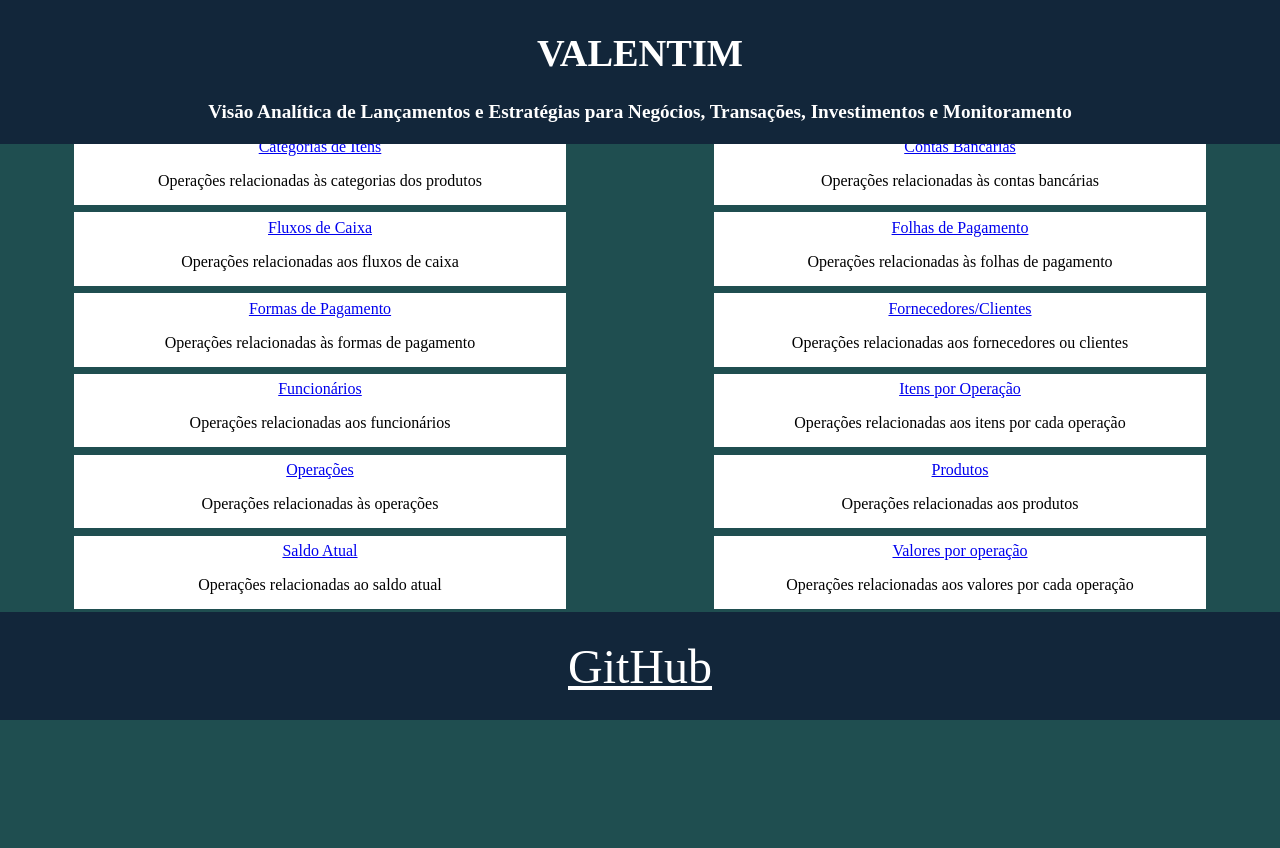
Repository: Matheus-Lacerda009/ERP-Financeiro
Page: Front/menu/menu.html
An editor plug-in stored every save of this project. The page is shown before and after the next save, followed by the edit.
The browser window is 1280 px wide. The pictures show the whole page.

Above is the page before, as saved 2026-07-13 19:04:30.

After the next save:
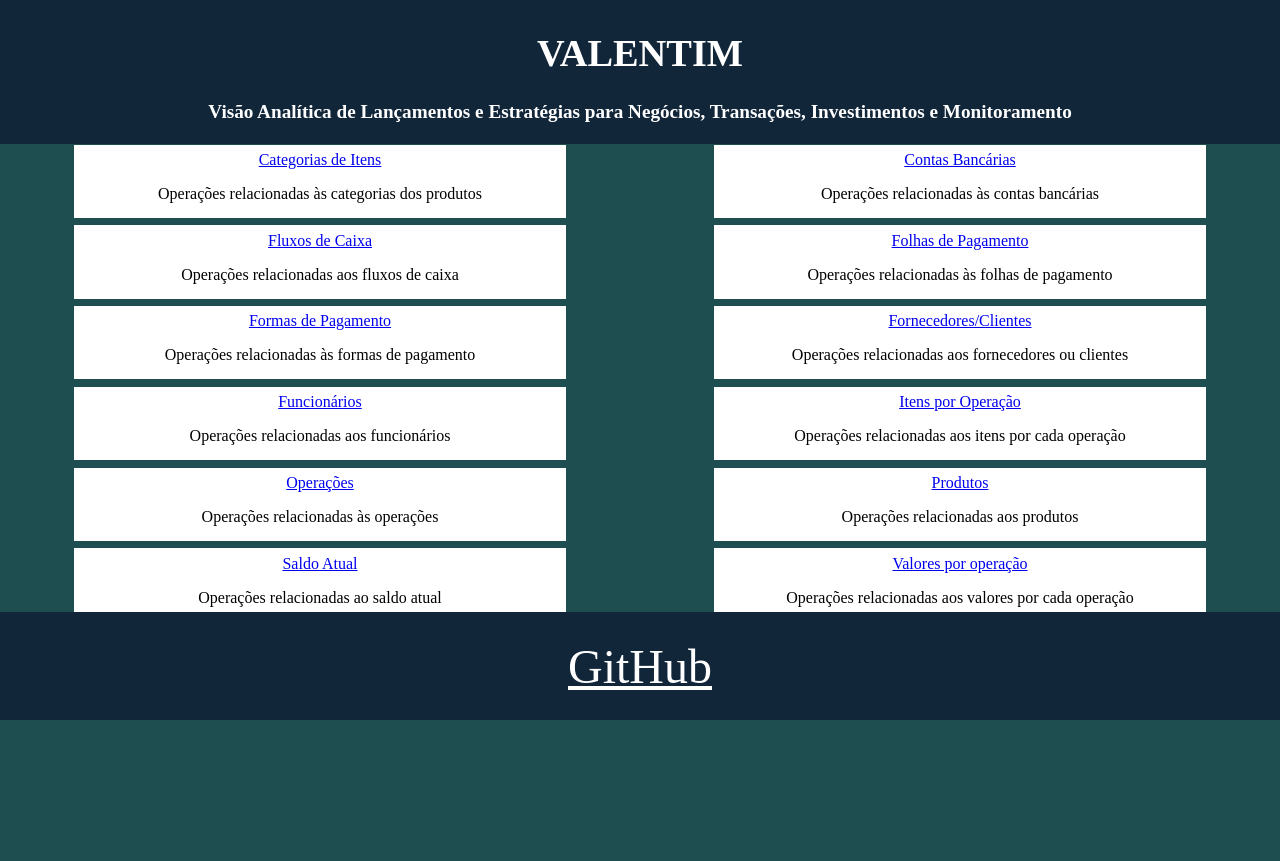
Saved 12 s later.
--- a/Front/menu/menu.css
+++ b/Front/menu/menu.css
@@ -47,7 +47,7 @@ body{
 }
 
 .container{
-    margin-top: 10%;
+    margin-top: 11%;
     height: 100vh;
     width: 100%;
     box-sizing: border-box;
